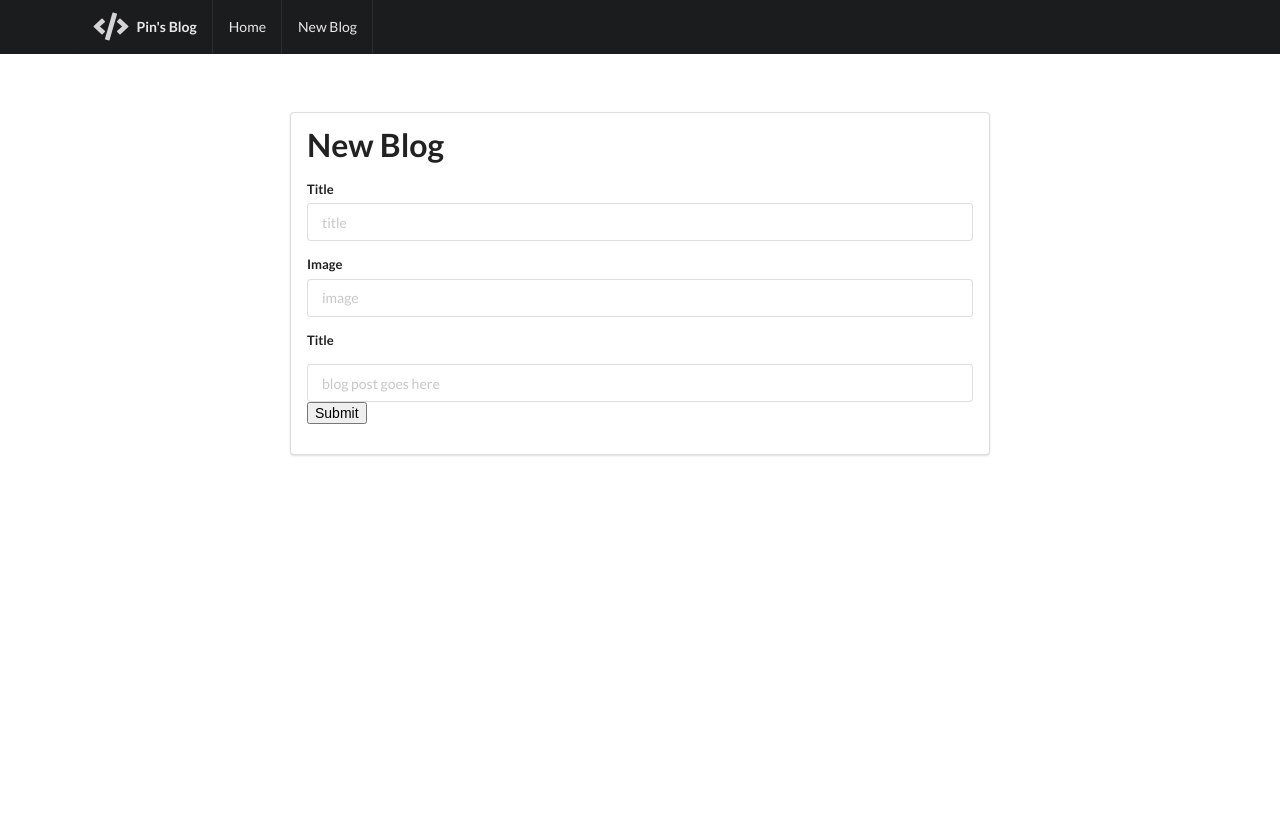
Repository: pichu0528/Web-Development
Page: http://localhost/blogs/new
The author's editor kept a record of every edit. The page is drawn from the files as they stood at one moment, then again after the next edit.
The browser window is 1280 px wide. The pictures show the whole page.
Some web libraries are served in a nearby version. The page is served by the project's Node server (RESTful Routing/RESTfulBlogApp/app.js).

Above is the page before.

### RESTful Routing/RESTfulBlogApp/views/new.ejs
<% include ./partials/header %>
<div class="ui main text container segment">
    <div class="ui huge header">New Blog</div>
    <form class="ui form" action="/blogs" method="POST">
        <div class="field">
            <label>Title</label>
            <input type="text" name="blog[title]" placeholder="title">
        </div>
        <div class="field">
            <label>Image</label>
            <input type="text" name="blog[image]" placeholder="image">
        </div>
        <div class="field">
            <label>Title</label>

        </div>


        <input type="text" name="blog[body]" placeholder="blog post goes here">
        <input type="submit">
    </form>
</div>
<% include ./partials/footer %>

### RESTful Routing/RESTfulBlogApp/views/partials/header.ejs
<html>
    <head>
        <title>Blog App</title>
        <link rel="stylesheet" type="text/css" href="https://cdnjs.cloudflare.com/ajax/libs/semantic-ui/2.1.4/semantic.min.css">
        <link rel="stylesheet" type="text/css" href="/stylesheets/app.css">
    </head>
    <body>
        <div class="ui fixed inverted menu">
            <div class="ui container">
                <div class="header item">
                    <i class="code icon"></i>Pin's Blog
                </div>
                <a href="/" class="item">Home</a>
                <a href="/blogs/new" class="item">New Blog</a>
            </div>
        </div>

### RESTful Routing/RESTfulBlogApp/app.js
var express        = require("express"),
    app            = express(),
    bodyParser     = require("body-parser"),
    mongoose       = require("mongoose"),
    methodOverride = require("method-override");

// APP CONFIG
mongoose.connect("mongodb://localhost:27017/restful_blog_app",{ useNewUrlParser: true });
app.set("view engine", "ejs");
app.use(express.static("public"));
app.use(bodyParser.urlencoded({extended: true}));
app.use(methodOverride("_method"));  //use it to override the put request because HTML form doesn't support the put request.

// MONGOOSE/MODEL CONFIG
// title, image, body, created
var blogSchema = new mongoose.Schema({
    title:   String,
    image:   String,
    body:    String,
    created: {type: Date, default: Date.now}
});
var Blog = mongoose.model("Blog", blogSchema);

// CREATE AN EXAMPLE BLOG
// Blog.create({
//     title: "Test Blog",
//     image: "https://s3.amazonaws.com/aws.astronomy.com/ASY/image/a1.jpg",
//     body: "This is a blog post!"
// });

// RESTFUL ROUTES
app.get("/", function(req,res){
    res.redirect("/blogs");
});

// INDEX ROUTE
app.get("/blogs", function(req,res){
    Blog.find({}, function(err,blogs){
       if(err){
           console.log(err);
       } else{
           res.render("index", {blogs: blogs});
       }
    });
});

// NEW ROUTE
app.get("/blogs/new", function(req,res){
    res.render("new");
});
// CREATE ROUTE
app.post("/blogs", function(req,res){
    // create blog
    Blog.create(req.body.blog, function(err, newBlog){
        if(err){
            res.render("new");
        }else{
            // then, redirect to the index
            res.redirect("/blogs");
        }
    });
});

// SHOW ROUTE
app.get("/blogs/:id", function(req,res){
    Blog.findById(req.params.id,function(err,foundBlog){
        if(err){
            res.redirect("/blogs");
        }else{
            res.render("show",{ blog: foundBlog });
        }
    });
});

// EDIT ROUTE
app.get("/blogs/:id/edit", function(req,res){
    Blog.findById(req.params.id, function(err,foundBlog){
       if(err){
           res.redirect("/blogs");
       } else{
           res.render("edit", { blog: foundBlog });
       }
    });
});

// UPDATE ROUTE
app.put("/blogs/:id", function(req,res){
    //res.render("");
    //res.send("update route");
    Blog.findByIdAndUpdate(req.params.id, req.body.blog, function(err,updatedBlog){
        if(err){
            res.redirect("/blogs");
        }else{
            res.redirect("/blogs/" + req.params.id);
        }
    });
});

// DELETE ROUTE
app.delete("/blogs/:id", function(req,res){
   res.send("DESTROYYYYY");
   // destroy blog
   Blog.findByIdAndRemove(req.params.id, function(err){
       if(err){
           res.redirect("/blogs");
       }else{
           res.redirect("/blogs");
       }
   });
   // redirect somewhere
});

app.listen(process.env.PORT, process.env.IP, function(){
    console.log("Server is running!");
});

### RESTful Routing/RESTfulBlogApp/public/stylesheets/app.css
i.icon{
    font-size:2em;
}
.main.container{
    margin-top:7em;
}

Loaded but not shown: RESTful Routing/RESTfulBlogApp/views/partials/footer.ejs (common file)

After the next edit:
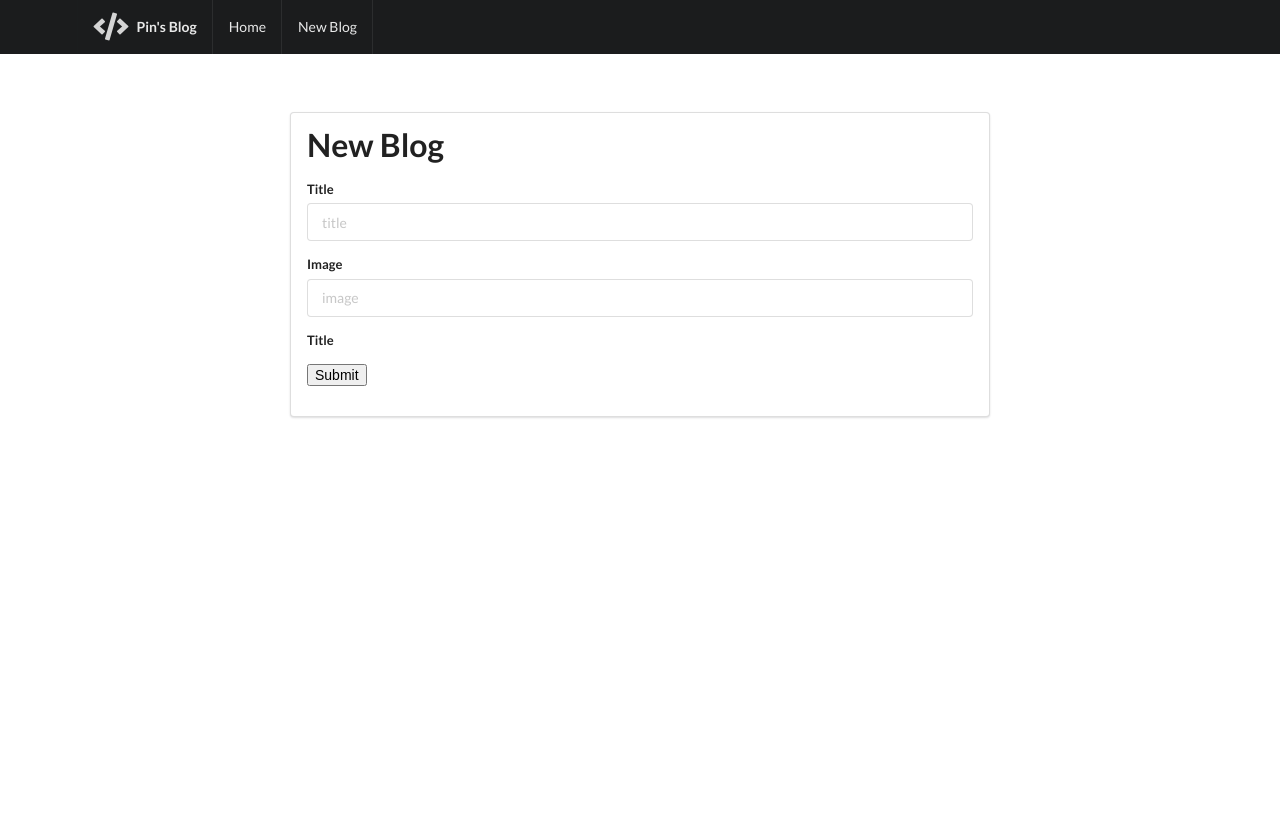
The edit:
--- a/RESTful Routing/RESTfulBlogApp/views/new.ejs
+++ b/RESTful Routing/RESTfulBlogApp/views/new.ejs
@@ -16,7 +16,7 @@
         </div>
 
 
-        <input type="text" name="blog[body]" placeholder="blog post goes here">
+
         <input type="submit">
     </form>
 </div>
